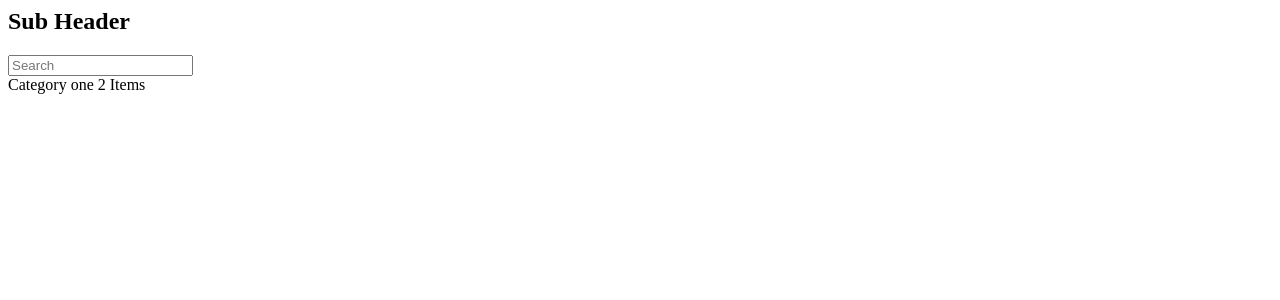
Repository: dvbondoy/peddler-pos
Page: www/product/templates/categories.html
These files come from the project's save history. The page is drawn as it stood at one moment and after the next save; the edit follows.
The browser window is 1280 px wide. The pictures show the whole page.

Above is the page before, as saved 2016-12-05 22:45:55.

After the next save:
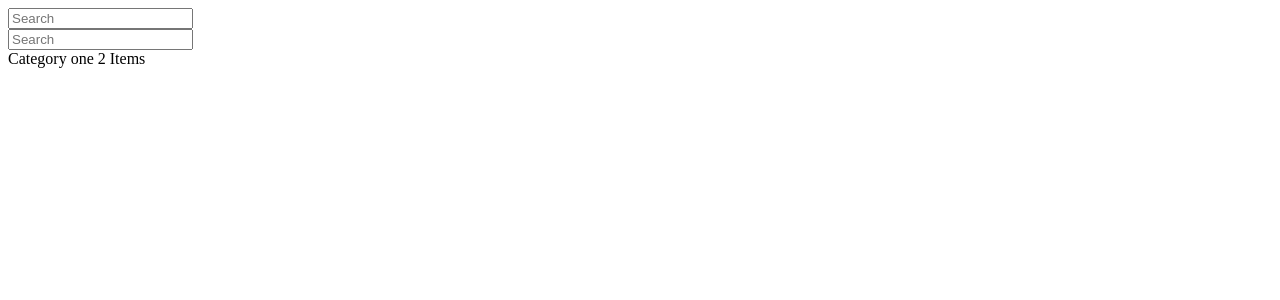
Saved 2 min 32 s later.
--- a/www/product/templates/categories.html
+++ b/www/product/templates/categories.html
@@ -1,6 +1,10 @@
 <ion-view>
-  <div class="bar bar-subheader">
-      <h2 class="title">Sub Header</h2>
+  <div class="bar bar-subheader ite-input-inset">
+    <label class="item-input-wrapper">
+      <i class="icon ion-ios-search placeholder-icon"></i>
+      <input type="search" placeholder="Search">
+    </label>
+      <!--<h2 class="title">Sub Header</h2>-->
     </div>
   <ion-content class="has-subheader">
 
